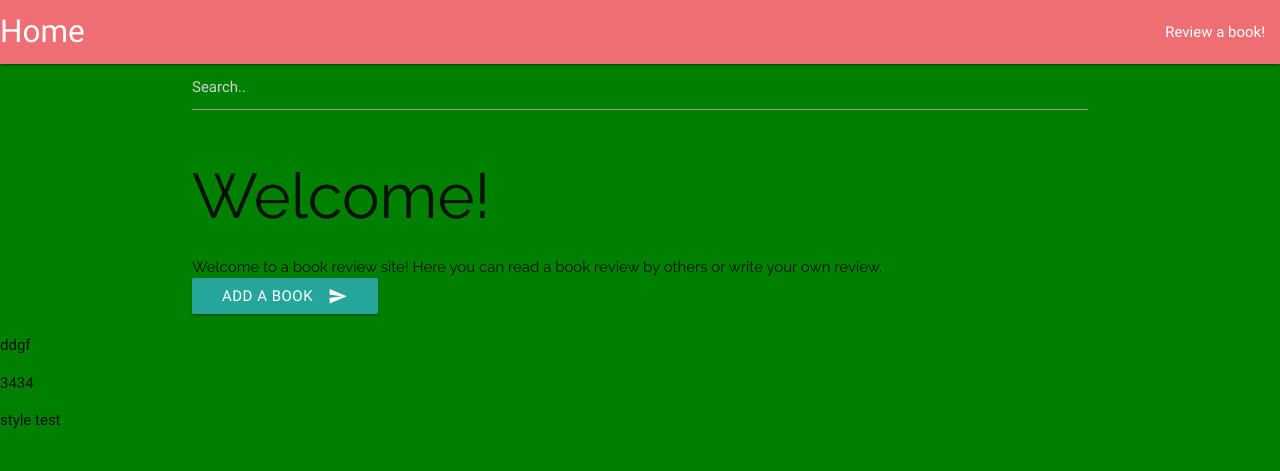
Repository: h8130084/bookReview
Page: http://localhost/
The author's editor kept a record of every edit. The page is drawn from the files as they stood at one moment, then again after the next edit.
The browser window is 1280 px wide. The pictures show the whole page.
Some web libraries are served in a nearby version. The page is served by the project's application, run on Flask 3 (app.py). Queries for data that is not in the repository find no rows.

Above is the page before.
Console error: ReferenceError: M is not defined

### templates/books.html
{% extends 'base.html' %} {% block content %}

<div class="wrapper">
    <h1> Welcome!</h1>
    <div class="sub-heading" "row"> Welcome to a book review site! Here you can read a book review by others or write your own review.</div>



    {% for book in books%}

    <div class="collection">
        <a href="{{url_for( 'book_info', book_id=book._id)}} " class="collection-item"> {{book.Title}}</a>
    </div>

    {% endfor %}



    <div class="row" "addBookButton">
        <form action="{{url_for('add_book')}}" class="col s12">
            <button class="btn waves-effect waves-light" type="submit" name="action">add a book
                <i class="material-icons right">send</i>
            </button>
        </form>
    </div>

</div>
</div>

{% endblock %}

### templates/base.html
<!DOCTYPE html>
<html lang="en">

<head>
    <meta charset="UTF-8">
    <meta name="viewport" content="width=device-width, initial-scale=1.0">
    <meta http-equiv="X-UA-Compatible" content="ie=edge">

    <!-- taken from google fonts, materilaize and cdnjs -->
    <link href="https://fonts.googleapis.com/icon?family=Material+Icons" rel="stylesheet">
    <link rel="stylesheet" href="https://cdnjs.cloudflare.com/ajax/libs/materialize/0.100.2/css/materialize.min.css">
    <link rel="stylesheet" href="{{url_for('static', filename='/style.css')}}" type="text/css" />

    <title>Document</title>
</head>

<body>
    <header>
        <nav>
            <div class="nav-wrapper">
                <a href="{{url_for('get_books')}}" class="brand-logo">Home</a>
                <ul id="nav-mobile" class="right">
                    <li><a href="{{url_for('add_book')}}">Review a book!</a></li>
                </ul>
            </div>
        </nav>

    </header>





    <div class="container" "books">
        <div class="topnav">
            <input type="text" placeholder="Search..">

        </div>

        {% block content %} {% endblock %}

        <script src="https://cdnjs.cloudflare.com/ajax/libs/jquery/3.2.1/jquery.min.js"></script>
        <script src="https://cdnjs.cloudflare.com/ajax/libs/materialize/0.100.2/js/materialize.min.js"></script>
        <script type="text/javascript">
            $(document).ready(function() {
                $('.tabs').tabs();
                $('#Review').val('New Text');
                M.textareaAutoResize($('#Review'));

            });
        </script>
    </div>


</body>

<div class="footer">
    <p>ddgf</p>
    <p>3434</p>
    <p>style test</p>

</html>

### app.py
import os
from flask import Flask, render_template, redirect, request, url_for
from flask_pymongo import PyMongo
from bson.objectid import ObjectId
import env

app = Flask(__name__)

app.config["MONGO_DBNAME"] = 'book_review'
app.config["MONGO_URI"] = env.MONGO_URI


mongo = PyMongo(app)

@app.route('/')
@app.route('/ get_books')
def get_books():
     return render_template("books.html", books=mongo.db.book_details.find())


@app.route('/edit_book/<book_id>')
def edit_book(book_id):
    the_book = mongo.db.book_details.find_one({"_id": ObjectId(book_id)})
    all_categories = mongo.db.categories.find()
    return render_template('editbook.html', book=the_book, categories=all_categories)

@app.route('/update_book/<book_id>', methods=["POST"])
def update_book(book_id):
    books = mongo.db.book_details
    books.update( {'_id': ObjectId(book_id)},
    {
        'Title': request.form.get('Title'),
        'Author': request.form.get('Author'),
        'Genre': request.form.get('Genre'),
        'Year': request.form.get('Year'),
        'Image_URL': request.form.get('Image_URL'),
        'Amazon': request.form.get('Amazon'),
        'Review': request.form.get('Review')
    })
    return redirect(url_for('get_books'))

#book details page
@app.route('/book_info/<book_id>')
def book_info(book_id):
    the_book = mongo.db.book_details.find_one({"_id": ObjectId(book_id)})
    all_categories = mongo.db.categories.find()
    return render_template('bookdetails.html', book=the_book, categories=all_categories)

def comments(comment_id):
    the_comment = mongo.db.comments({"_id": ObjectId(comment_id)})
    all_categories = mongo.db.categories.find()
    return render_template('bookdetails.html', comment=the_comment, categories=all_categories)

# displays add books page
@app.route('/add_book')
def add_book():
    return render_template('addbook.html')

#  takes the details from the form and adds the book to the database, then redirects to home page
@app.route('/insert_book', methods=['POST'])
def insert_book():

    new_book = {
        'Title': request.form.get('Title'),
        'Author': request.form.get('Author'),
        'Genre': request.form.get('Genre'),
        'Year': request.form.get('Year'),
        'Image_URL': request.form.get('Image_URL'),
        'Amazon': request.form.get('Amazon'),
        'Review': request.form.get('Review'),
        'upvotes': 0,
    }

    books = mongo.db.book_details
    books.insert_one(new_book)
    # ----- get books should be home page to display that the book just added is present
    return redirect(url_for('get_books'))

# delete the book
@app.route('/delete_book/<book_id>')
def delete_book(book_id):
    mongo.db.book_details.remove({'_id': ObjectId(book_id)})
    return redirect(url_for('get_books'))


if __name__ == '__main__':
    app.run(host=os.environ.get('IP'),
    port=int(os.environ.get('PORT')),
    debug=True)

### static/style.css
@import url('https://fonts.googleapis.com/css?family=Raleway&display=swap');

body{
    background-color: green;
}

/*.footer{*/
/*    background-color: red;*/
/*}*/




.books{
   background-color: red;
   position: center;
   position: absolute;
 }



/*text*/
h1{
  font-family: 'Raleway', sans-serif;
}
.sub-heading {
  font-family: 'Raleway', sans-serif;
}

After the next edit:
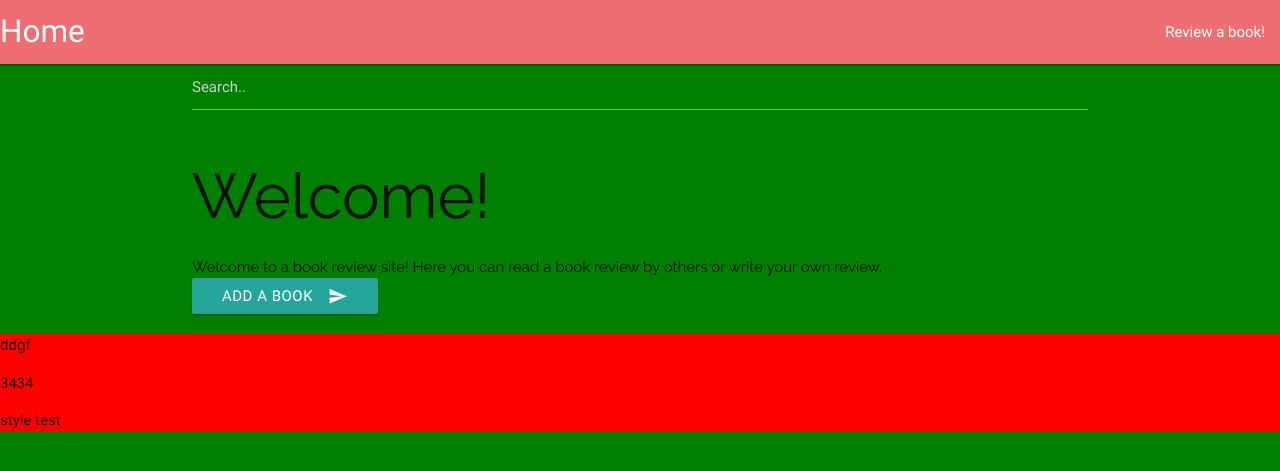
The edit:
--- a/static/style.css
+++ b/static/style.css
@@ -4,9 +4,9 @@
     background-color: green;
 }
 
-/*.footer{*/
-/*    background-color: red;*/
-/*}*/
+.footer{
+    background-color: red;
+}
 
 
 
